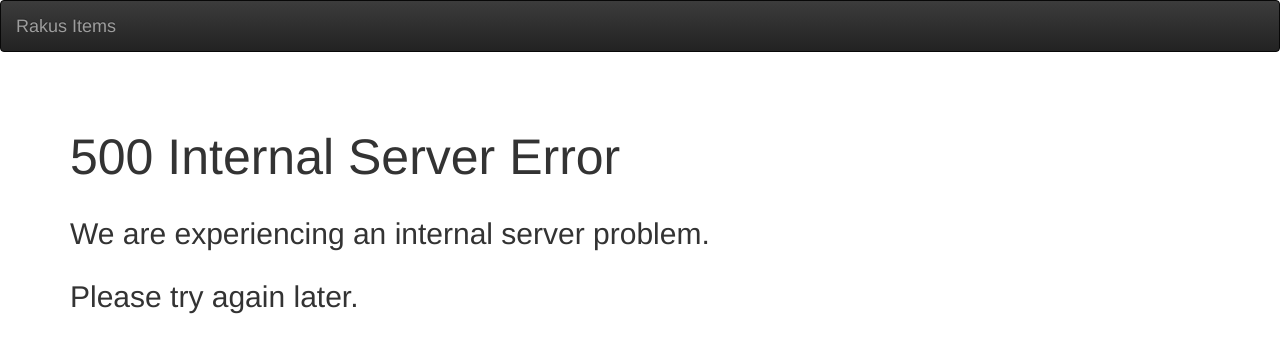
Repository: saia-i/massivedata-issue
Page: http://localhost/error/500
The author's editor kept a copy of each file at every save. The page is drawn from the files as they stood at one save, then again after the next save.
The browser window is 1280 px wide. The pictures show the whole page.
The page is this project's Thymeleaf template; nobody is signed in. The template is opened directly, without the code that normally fills it, so the values that code supplies are empty.

Above is the page before, as saved 2023-01-02 13:21:29.

After the next save:
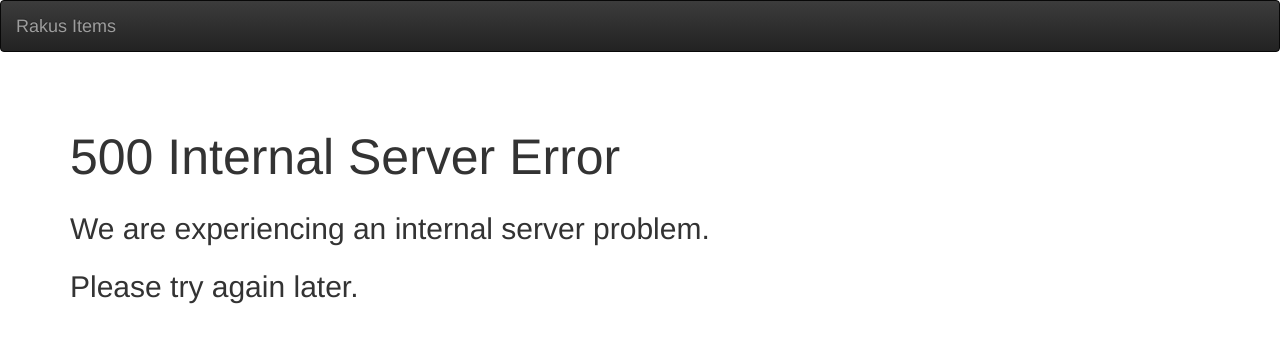
Saved 75 s later.
--- a/mercari/src/main/resources/templates/error/500.html
+++ b/mercari/src/main/resources/templates/error/500.html
@@ -29,8 +29,8 @@
 	<!-- login form -->
 	<div class="container">
 			<div style="font-size: 50px; margin-top:50px;">500 Internal Server Error</div>
-			<div style="font-size: 30px; margin-top:20px;">We are experiencing an internal server problem.</div>
-			<div style="font-size: 30px; margin-top:20px;">Please try again later.</div>
+			<div style="font-size: 30px; margin-top:15px;">We are experiencing an internal server problem.</div>
+			<div style="font-size: 30px; margin-top:15px;">Please try again later.</div>
 	</div>
 </body>
 
